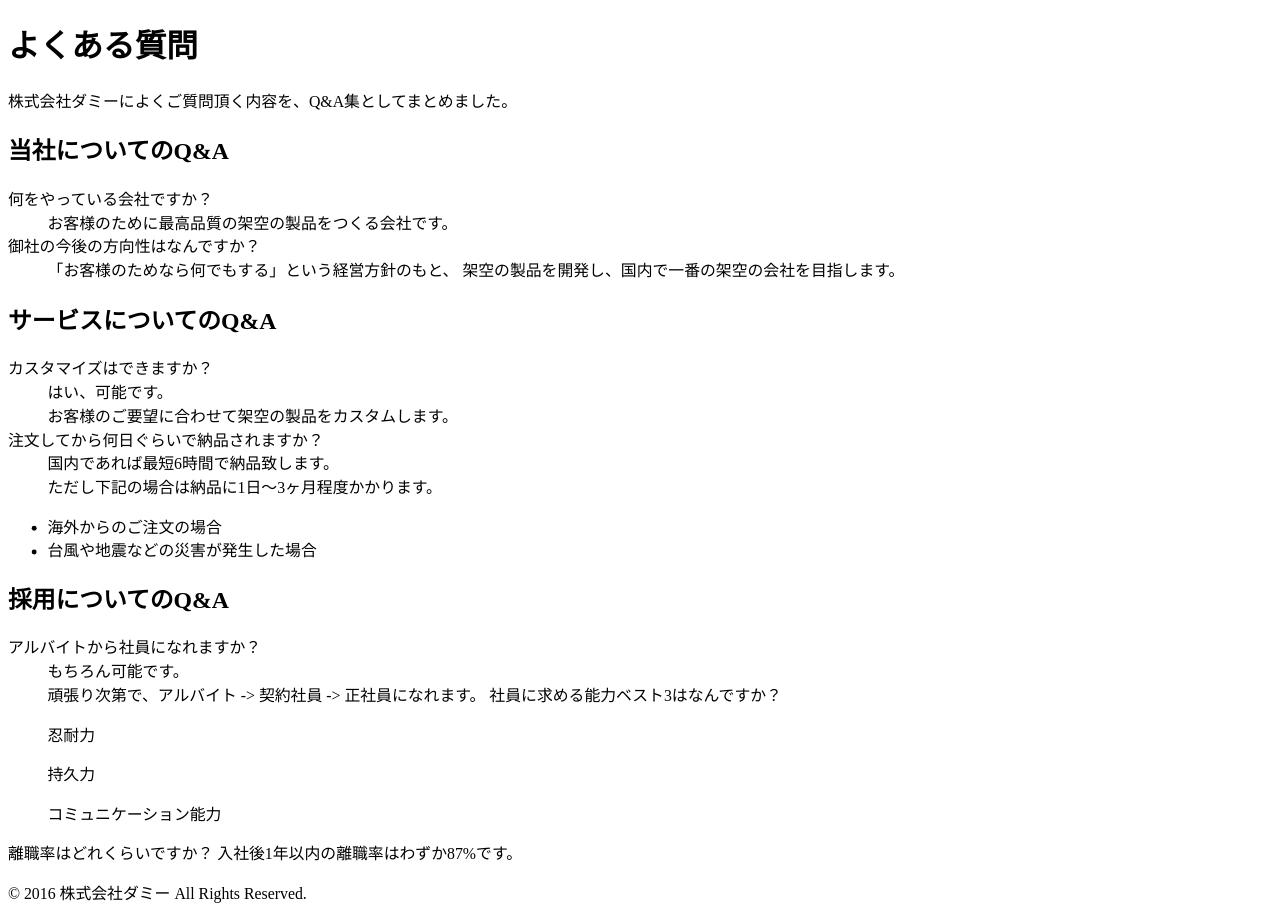
Repository: winc1980/practice-hp2022-wednesday
Page: ruka/practice1.html
The author's editor kept a copy of each file at every save. The page is drawn from the files as they stood at one save, then again after a run of saves.
The browser window is 1280 px wide. The pictures show the whole page, at 99% of full size.

Above is the page before, as saved 2022-05-26 00:21:38.

After the next 3 saves:
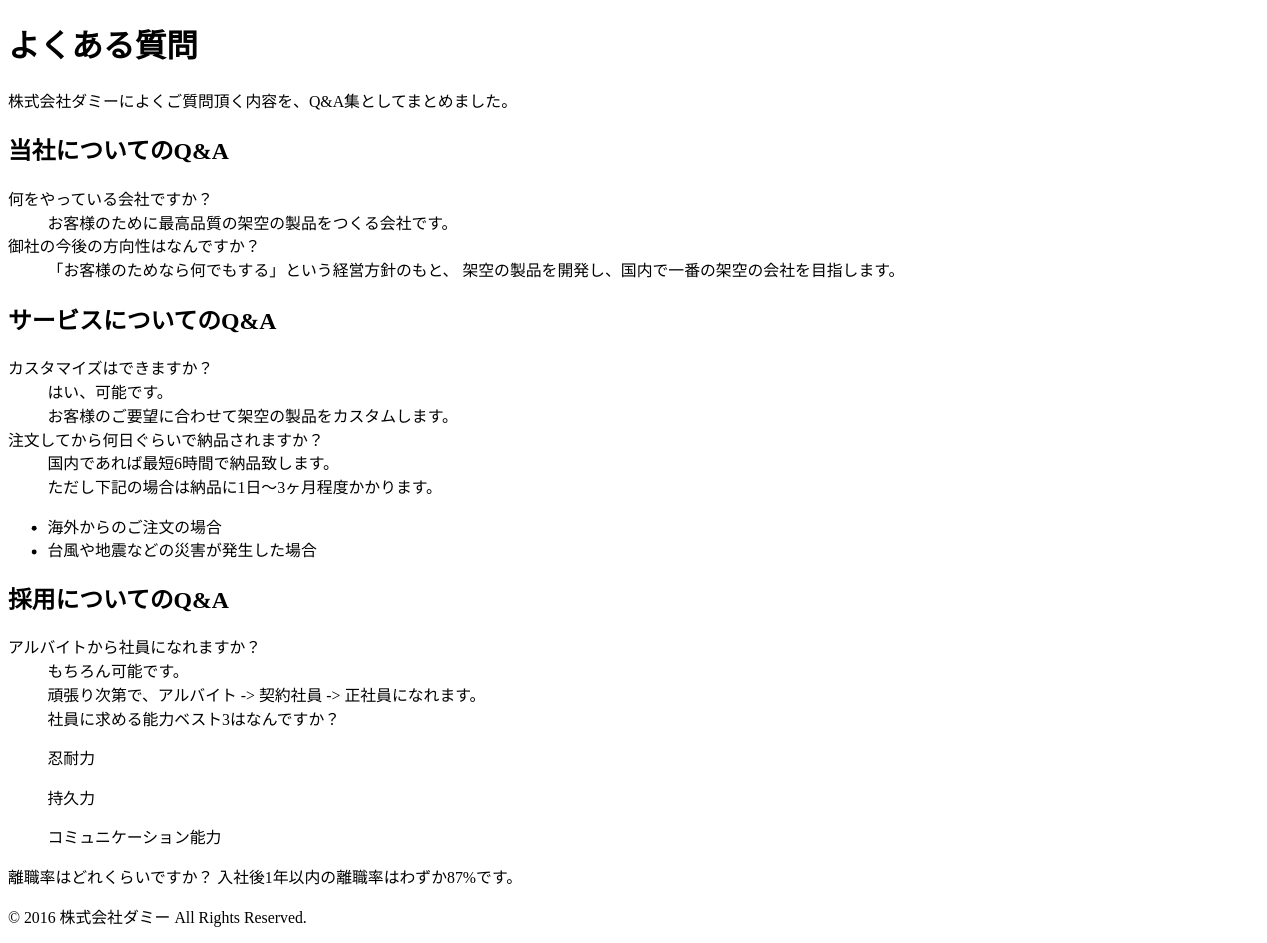
The 3 saves are shown as one change because they came seconds apart.
The last was saved 48 s later.
--- a/ruka/practice1.html
+++ b/ruka/practice1.html
@@ -55,8 +55,9 @@
 <dd>
 もちろん可能です。<br>
 頑張り次第で、アルバイト -> 契約社員 -> 正社員になれます。
+<dd>
 社員に求める能力ベスト3はなんですか？
-<dd>
+
 <dl>忍耐力</dl>
 <dl>持久力</dl>
 <dl>コミュニケーション能力</dl>
